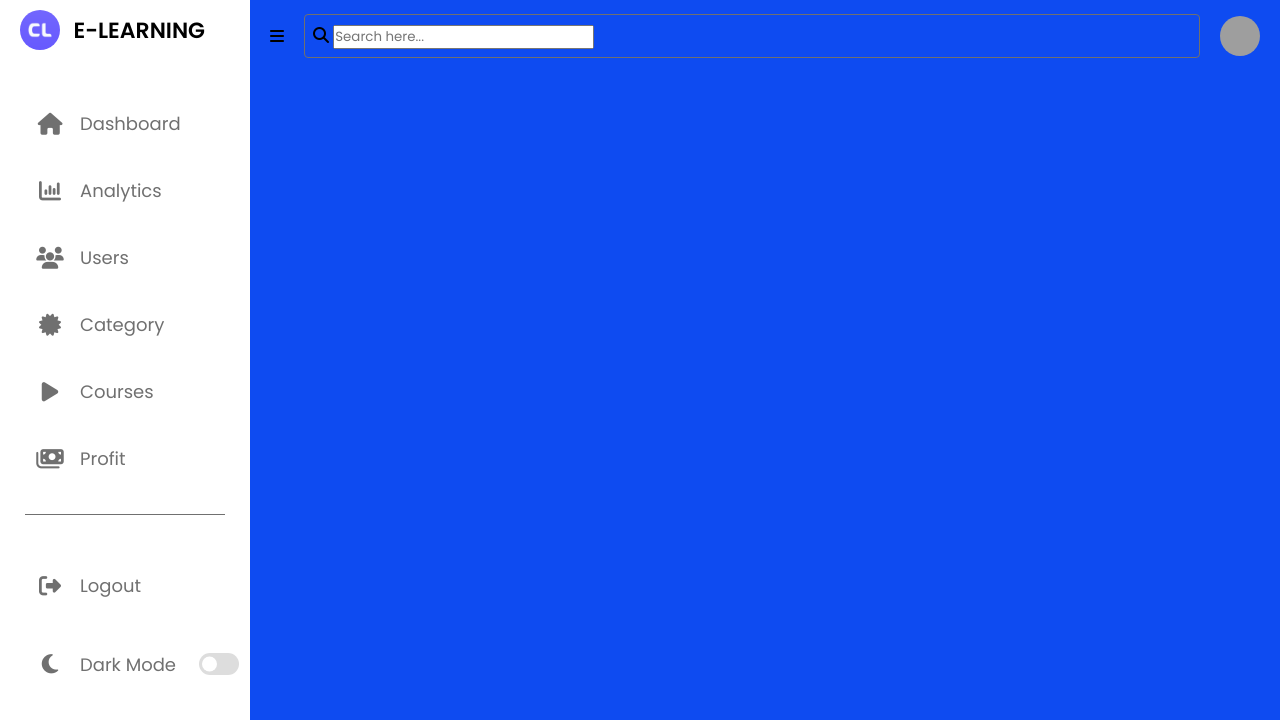
Repository: phamngocthang/practice-html-css
Page: Admin/dist/index.html
An editor plug-in stored every save of this project. The page is shown before and after the next save, followed by the edit.
The browser window is 1280 px wide. The pictures show the whole page.
Pictures or frames that could not be fetched are drawn as grey boxes. The style sheet was rebuilt from its Sass, Less or Tailwind sources for each picture, by a compiler version that may differ from the author's.

Above is the page before, as saved 2023-10-24 22:49:22.

### Admin/dist/index.html
<!DOCTYPE html>
<html lang="en">
<head>
    <meta charset="UTF-8">
    <meta name="viewport" content="width=device-width, initial-scale=1.0">
    <title>Document</title>
    <link rel="stylesheet" href="style/main.css">
    <link rel="stylesheet" href="https://cdnjs.cloudflare.com/ajax/libs/font-awesome/6.4.2/css/all.min.css" integrity="sha512-z3gLpd7yknf1YoNbCzqRKc4qyor8gaKU1qmn+CShxbuBusANI9QpRohGBreCFkKxLhei6S9CQXFEbbKuqLg0DA==" crossorigin="anonymous" referrerpolicy="no-referrer" />
</head>
<body>
    <nav>
        <div class="logo">
            <div class="logo__image">
                <img src="/Images/logo.png" alt="">
            </div>

            <span class="logo__name">
                E-LEARNING
            </span>
        </div>

        <div class="menu">
            <ul class="menu__link">
                <li class="menu__link__item"><a href="#">
                    <i class="fa-solid fa-house"></i>
                    <span>Dashboard</span>
                </a></li>
                <li class="menu__link__item"><a href="#">
                    <i class="fa-solid fa-chart-column"></i>
                    <span>Analytics</span>
                </a></li>
                <li class="menu__link__item"><a href="#">
                    <i class="fa-solid fa-users"></i>
                    <span>Users</span>
                </a></li>
                <li class="menu__link__item"><a href="#">
                    <i class="fa-solid fa-certificate"></i>
                    <span>Category</span>
                </a></li>
                <li class="menu__link__item"><a href="#">
                    <i class="fa-solid fa-play"></i>
                    <span>Courses</span>
                </a></li>
                <li class="menu__link__item"><a href="#">
                    <i class="fa-solid fa-money-bills"></i>
                    <span>Profit</span>
                </a></li>
            </ul>

            <ul class="menu__link">
                <li class="menu__link__item"><a href="#">
                    <i class="fa-solid fa-right-from-bracket"></i>
                    <span>Logout</span>
                </a></li>

                <li class="menu__link__item menu__link__item--darkmode"><a href="#">
                    <i class="fa-solid fa-moon"></i>
                    <span>Dark Mode</span>
                    <div class="menu__toggle">
                        <span class="menu__switch"></span>
                    </div>
                </a></li>
            </ul>
        </div>
    </nav>

    <section class="dashboard">
        <div class="top">
            <i class="fa-solid fa-bars"></i>

            <div class="top__search-box">
                <i class="fa-solid fa-magnifying-glass"></i>
                <input type="text" placeholder="Search here...">
            </div>

            <div class="top__image">
                <img src="/Images/avatar.jpg" alt="">
            </div>
        </div>
    </section>

    <script src="script.js">

    </script>
</body>
</html>

### Admin/dist/script.js
const body = document.querySelector("body");
const modeTogger = document.querySelector(".menu__toggle");

modeTogger.addEventListener("click", () => {
    body.classList.toggle("dark")
})

### Admin/scss/main.scss
@import url('https://fonts.googleapis.com/css2?family=Poppins:wght@200;300;400;500;600&display=swap');
@import 'variables';
* {
    margin: 0;
    padding: 0;
    box-sizing: border-box;
    font-family: 'Poppins', sans-serif;
}

body {
    --primary-color: #{$primary-color};
    --panel-color: #{$panel-color};
    --text-color: #{$text-color};
    --black-light-color: #{$black-light-color};
    --border-color: #{$border-color};
    --toggle-color: #{$toggle-color};
    --box1-color: #{$box1-color};
    --box2-color: #{$box2-color};
    --box3-color: #{$box3-color};
    --title-icon-color: #{$title-icon-color};
    min-height: 100vh;
    background-color: var(--primary-color);
}

body.dark {
    --primary-color: #3A3B3C;
    --panel-color: #242526;
    --text-color: #FFF;
    --black-light-color: #CCC;
    --border-color: #4D4C4C;
    --toggle-color: #FFF;
    --box1-color: #3A3B3C;
    --box2-color: #3A3B3C;
    --box3-color: #3A3B3C;
    --title-icon-color: #CCC;

    .menu__switch::before {
        left: 20px !important;
    }
}

nav {
    position: fixed;
    width: 250px;
    height: 100%;
    top: 0;
    left: 0;
    background-color: var(--panel-color);

    .logo {
        display: flex;
        justify-content: space-between;
        align-items: center;
        &__image {
            min-width: 45px;
            display: flex;
            align-items: center;

            img {
                width: 40px;
                border-radius: 50%;
                object-fit: cover;
            }

        }

        &__name {
            color: var(--text-color);
            font-weight: 600;
            font-size: 22px;
        }
        padding: 10px 45px 10px 20px;
    }

    .menu {
        height: 100%;
        padding: 30px 0px 30px 20px;
        position: relative;


        &::after {
            content: '';
            left: 50%;
            top: 63%;
            width: 80%;
            height: 0.5px;
            transform: translateX(-50%);
            background-color: var(--black-light-color);
            position: absolute;
        }

        &__link {
            list-style: none;
            display: flex;
            flex-direction: column;
            align-items: flex-start;


            &:nth-child(1) {
                height: 70%;
            }


            &__item {
                padding: 20px 0;

                a {
                    text-decoration: none;
                    color: var(--black-light-color);
                    font-size: 18px;
                    display: flex;
                    align-items: center;
                    position: relative;
                    transition: 0.4 ease all;

                    i {
                        min-width: 60px;
                        text-align: center;
                        font-size: 22px;
                    }

                    span {
                        font-weight: 400;
                    }

                    &:hover {
                        color: var(--primary-color);

                        &::before {
                            content: '';
                            width: 5px;
                            height: 5px;
                            border-radius: 50%;
                            background-color: var(--primary-color);
                            position: absolute;
                            transition: 0.4 ease all;
                        }
                    }
                }
            }

            &__item--darkmode {
                display: flex;
                align-items: center;


                .menu__toggle {
                    margin-left: 20px;
                    height: 50px;
                    min-width: 45px;
                    display: flex;
                    align-items: center;
                    justify-content: center;

                    .menu__switch {
                        display: inline-block;
                        border-radius: 25px;
                        position: relative;
                        height: 22px;
                        width: 40px;
                        background-color: var(--toggle-color);

                        &::before {
                            content: '';
                            width: 15px;
                            height: 15px;
                            position: absolute;
                            background-color: var(--title-icon-color);
                            border-radius: 50%;
                            left: 3px;
                            top: 50%;
                            transform: translateY(-50%);
                            transition: $tran-03;
                        }
                    }
                }
            }
        }
    }
}

.dashboard {
    margin-left: 250px;
    height: 100vh;

    .top {
        height: 10%;
        display: flex;
        align-items: center;
        justify-content: space-between;
        padding: 10px 20px 10px 20px;

        &__search-box {
            flex: 1;
            width: 100%;
            padding: 8px;
            border-radius: 4px;
            border: 0.4px solid var(--black-light-color);
            margin: 0 20px;
        }

        &__image {
            width: 40px;
            height: 40px;
            margin: 0 20p;

            img {
                width: 100%;
                height: 100%;
                object-fit: cover;
                border-radius: 50%;
            }
        }
    }
}

### Admin/scss/_variables.scss
/* ===== Colors ===== */
$primary-color: #0E4BF1;
$panel-color: #FFF;
$text-color: #000;
$black-light-color: #707070;
$border-color: #e6e5e5;
$toggle-color: #DDD;
$box1-color: #4DA3FF;
$box2-color: #FFE6AC;
$box3-color: #E7D1FC;
$title-icon-color: #fff;

/* ====== Transition ====== */
$tran-05: all 0.5s ease;
$tran-03: all 0.3s ease;
$tran-03: all 0.2s ease;

After the next save:
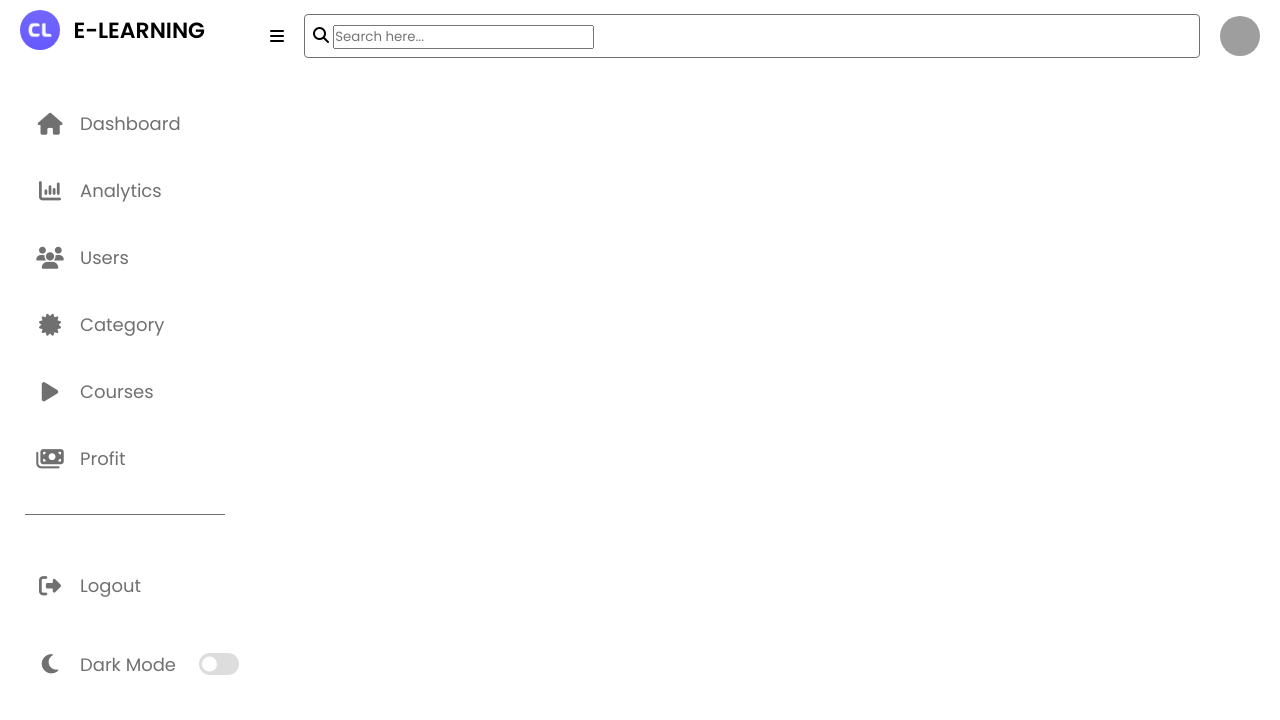
Saved 9 s later.
--- a/Admin/scss/main.scss
+++ b/Admin/scss/main.scss
@@ -180,6 +180,7 @@ nav {
 }
 
 .dashboard {
+    background-color: #FFF;
     margin-left: 250px;
     height: 100vh;
 
